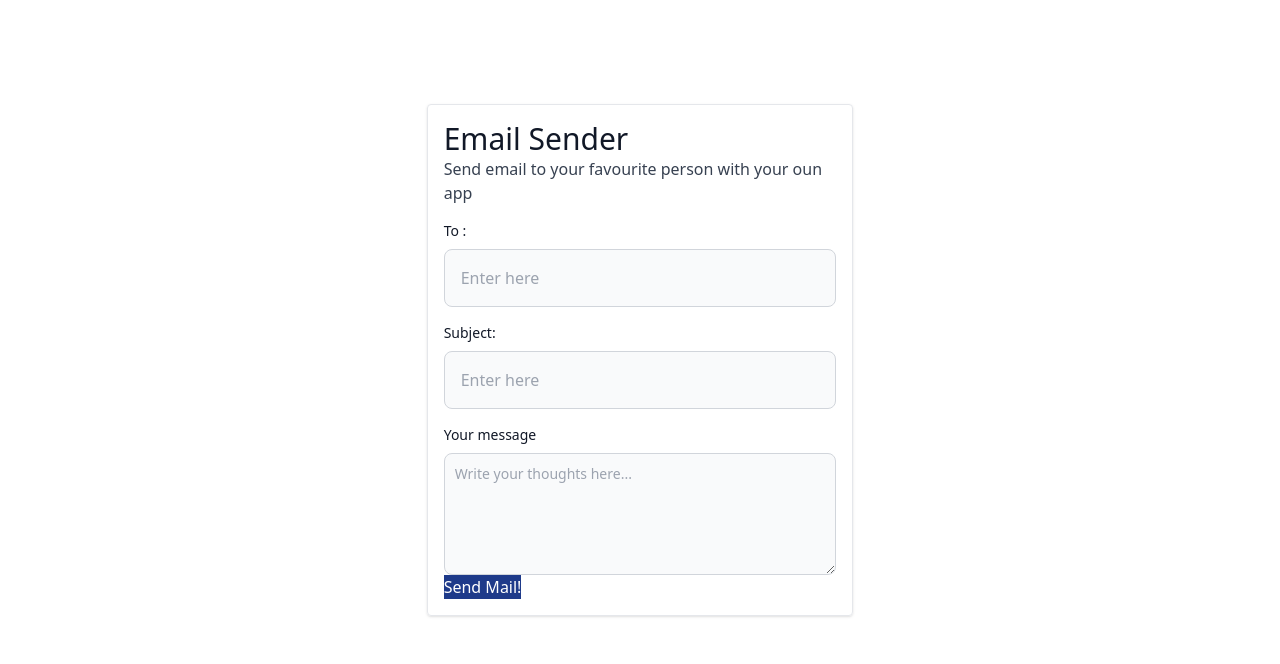
Repository: vikas-1234/EmailReactProject
Page: / (app in email-sender/)
These files come from the project's save history. The page is drawn as it stood at one moment and after the next save; the edit follows.
The browser window is 1280 px wide. The pictures show the whole page.
The project was rebuilt for these pictures with package versions that can differ from the ones it lists, and the page was loaded fresh each time. Also part of the build but not shown: email-sender/vite.config.js, email-sender/src/App.css.

Above is the page before, as saved 2024-04-20 15:06:21.

### email-sender/src/App.jsx

import './App.css'
import EmailSender from './components/EmailSender'

function App() {


  return (
    <>
      <EmailSender/>
    </>
  )
}

export default App

### email-sender/src/components/EmailSender.jsx

function EmailSender() {
  return (
    /* The code `<div>EmailSender</div>` is creating a JSX element in React. It is rendering a `<div>`
    element with the text content "EmailSender" inside it. This JSX element will be displayed as a
    div with the text "EmailSender" when the `EmailSender` component is rendered. */
    // <div>EmailSender</div>
    <div className="w-full min-h-screen flex justify-center items-center">



<div className="email_card w-1/3 p-4 border rounded shadow">
<h1 className="text-gray-900 text-3xl">Email Sender</h1>
<p className="text-gray-700"> Send email to your favourite person with your oun app  </p>

<form action="">

{/* To Section */}

<div className="input_field mt-4">
<label for="large-input" class="block mb-2 text-sm font-medium text-gray-900 dark:text-white" >To :</label>
<input type="text" placeholder="Enter here" id="large-input" class="block w-full p-4 text-gray-900 border border-gray-300 rounded-lg bg-gray-50 text-base focus:ring-blue-500 focus:border-blue-500 dark:bg-gray-700 dark:border-gray-600 dark:placeholder-gray-400 dark:text-white dark:focus:ring-blue-500 dark:focus:border-blue-500"></input>
</div>
{/* To Subject */}

<div className="input_field mt-4">
<label for="large-input" class="block mb-2 text-sm font-medium text-gray-900 dark:text-white" >Subject:</label>
<input type="text" placeholder="Enter here" id="large-input" class="block w-full p-4 text-gray-900 border border-gray-300 rounded-lg bg-gray-50 text-base focus:ring-blue-500 focus:border-blue-500 dark:bg-gray-700 dark:border-gray-600 dark:placeholder-gray-400 dark:text-white dark:focus:ring-blue-500 dark:focus:border-blue-500"></input>
</div>

{/* Message Section */}

<div className="form_field mt-4">
<label for="message" class="block mb-2 text-sm font-medium text-gray-900 dark:text-white">Your message</label>
<textarea id="message" rows="5" class="block p-2.5 w-full text-sm text-gray-900 bg-gray-50 rounded-lg border border-gray-300 focus:ring-blue-500 focus:border-blue-500 dark:bg-gray-700 dark:border-gray-600 dark:placeholder-gray-400 dark:text-white dark:focus:ring-blue-500 dark:focus:border-blue-500" placeholder="Write your thoughts here..."></textarea>

</div>

<div className="button_container">
<button className="bg-blue-900 text-white hover:bg-blue-700">Send Mail!</button>

</div>








</form>









    </div>
    </div>

  )
}

export default EmailSender;

### email-sender/tailwind.config.js
/** @type {import('tailwindcss').Config} */
export default {
  content: ["./index.html",
  "./src/**/*.{js,ts,jsx,tsx}",],
  theme: {
    extend: {},
  },
  plugins: [],
  darkMode:'selector',
}

Loaded but not shown: email-sender/index.html (common file); email-sender/src/main.jsx (common file); email-sender/src/index.css (common file)

After the next save:
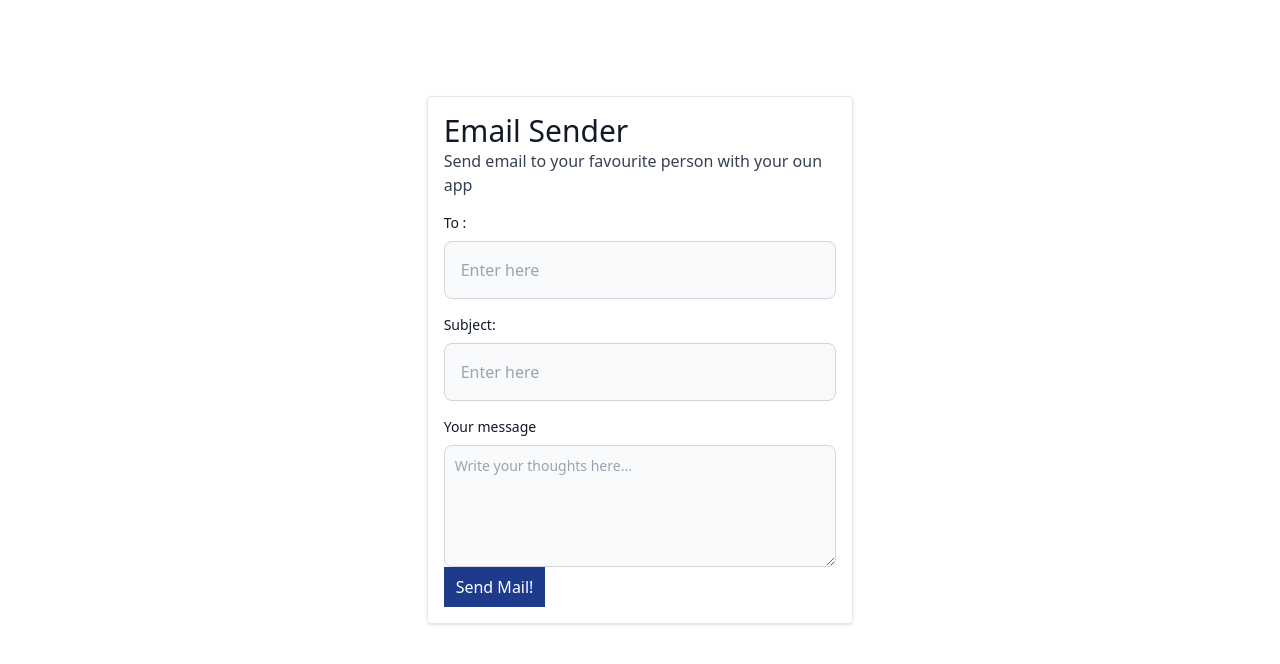
Saved 30 s later.
--- a/email-sender/src/components/EmailSender.jsx
+++ b/email-sender/src/components/EmailSender.jsx
@@ -37,7 +37,7 @@ function EmailSender() {
 </div>
 
 <div className="button_container">
-<button className="bg-blue-900 text-white hover:bg-blue-700">Send Mail!</button>
+<button className="bg-blue-900 text-white hover:bg-blue-700 px-3 py-2">Send Mail!</button>
 
 </div>
 
